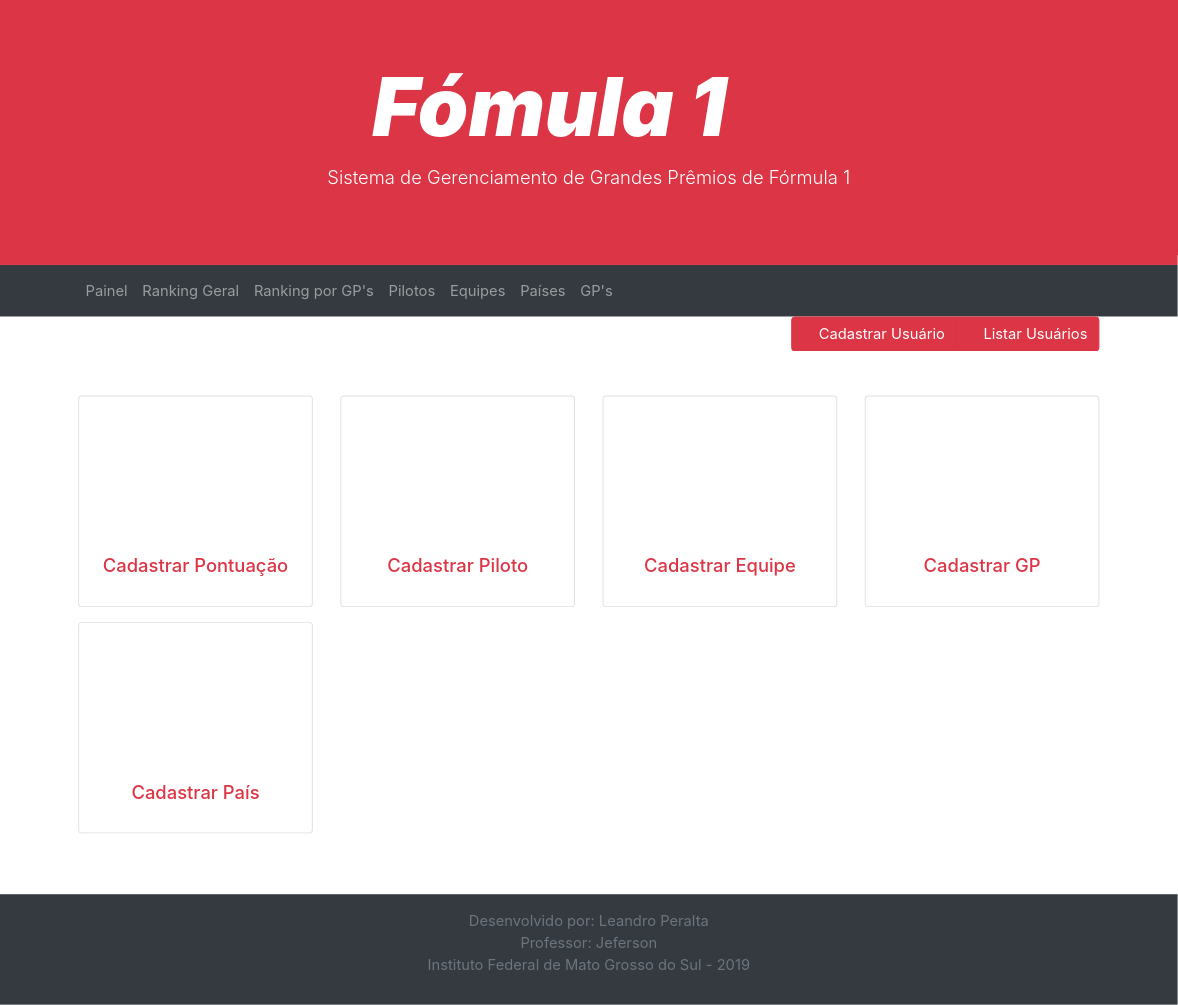
Repository: lperalta13/Formula1_Java
Page: formula1/WebContent/dashboard.html
The author's editor kept a copy of each file at every save. The page is drawn from the files as they stood at one save, then again after the next save.
The browser window is 1280 px wide. The pictures show the whole page, at 92% of full size.

Above is the page before, as saved 2019-12-11 21:13:40.

After the next save:
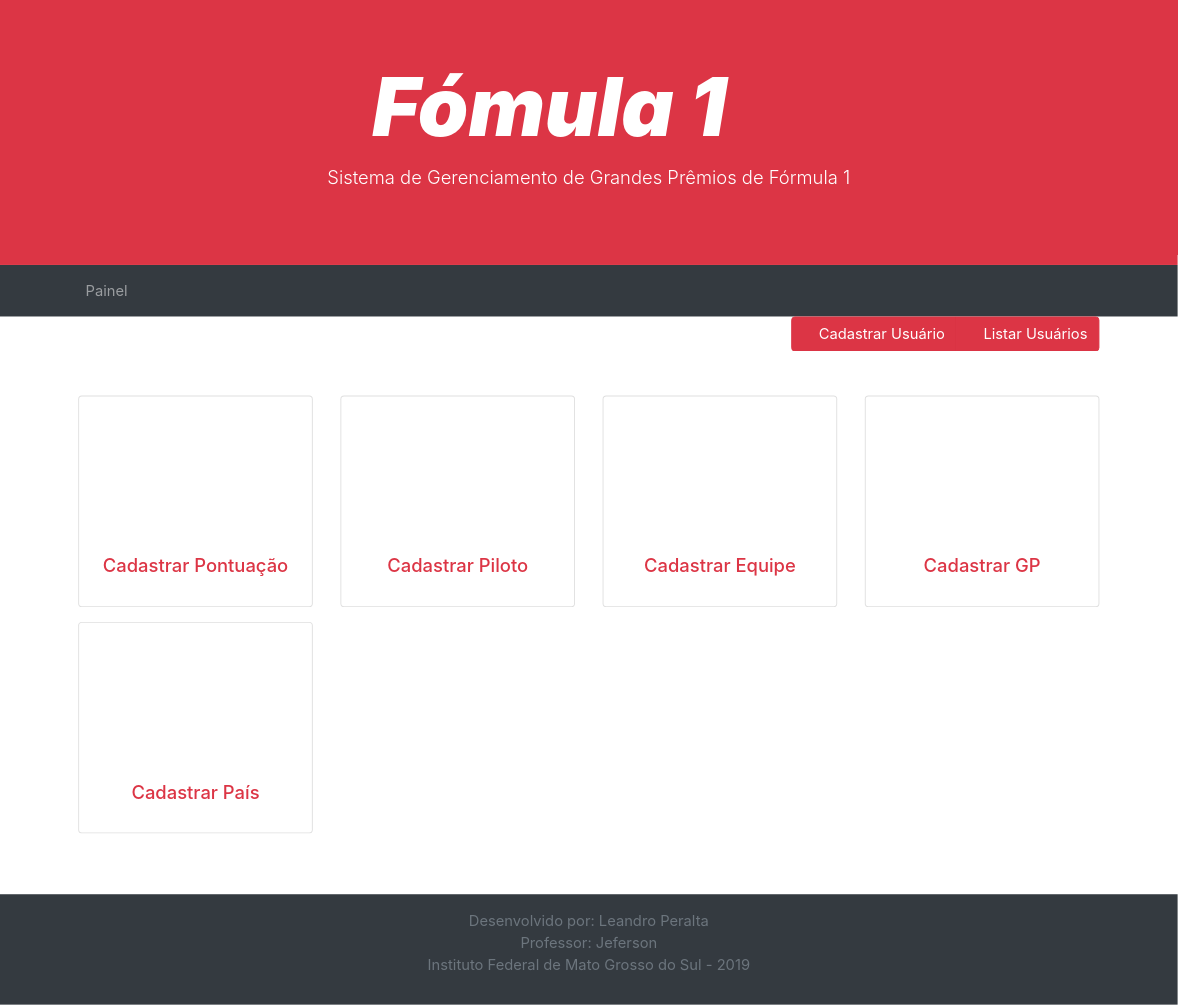
Saved 57 s later.
--- a/formula1/WebContent/dashboard.html
+++ b/formula1/WebContent/dashboard.html
@@ -32,26 +32,8 @@
       <div class="collapse navbar-collapse" id="navbarNavDropdown">
         <ul class="navbar-nav mr-auto">
             <li class="nav-item">
-              <a class="nav-link" href="dashboard.php">Painel<span class="sr-only">(Página atual)</span></a>
+              <a class="nav-link" href="dashboard.html">Painel<span class="sr-only">(Página atual)</span></a>
             </li>
-          <li class="nav-item">
-            <a class="nav-link" href="listar-ranking.php">Ranking Geral</a>
-          </li>
-          <li class="nav-item">
-            <a class="nav-link" href="listar-campeaoporgp.php">Ranking por GP's</a>
-          </li>
-          <li class="nav-item">
-            <a class="nav-link" href="listar-pilotos.php">Pilotos</a>
-          </li>
-          <li class="nav-item">
-            <a class="nav-link" href="listar-equipes.php">Equipes</a>
-          </li>
-          <li class="nav-item">
-            <a class="nav-link" href="listar-paises.php">Países</a>
-          </li>
-          <li class="nav-item">
-            <a class="nav-link" href="listar-gp.php">GP's</a>
-          </li>
         </ul>
       </div>
     </div>
